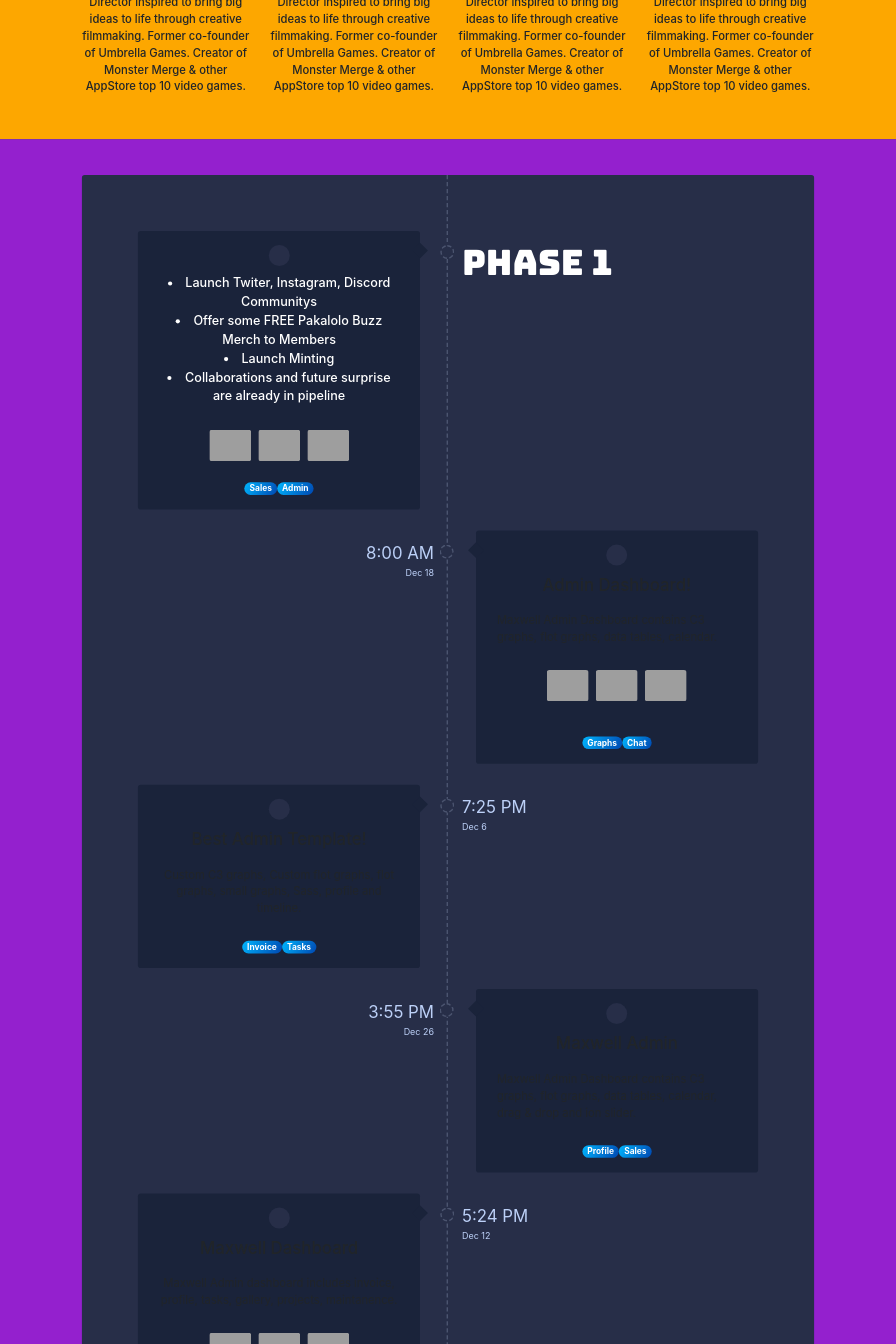
Repository: danishmahmoodawan/Pakalolo_buzz
Page: /
An editor plug-in stored every save of this project. The page is shown before and after the next save, followed by the edit.
The browser window is 1280 px wide. The pictures show the part of the page from y = 2670 to 4590 px (the page is 6761 px tall), at 70% of full size.
Pictures or frames that could not be fetched are drawn as grey boxes. The project was rebuilt for these pictures with package versions that can differ from the ones it lists, and the page was loaded fresh each time. Also part of the build but not shown: craco.config.js.

Above is the page before, as saved 2022-04-29 02:17:25.

After the next save:
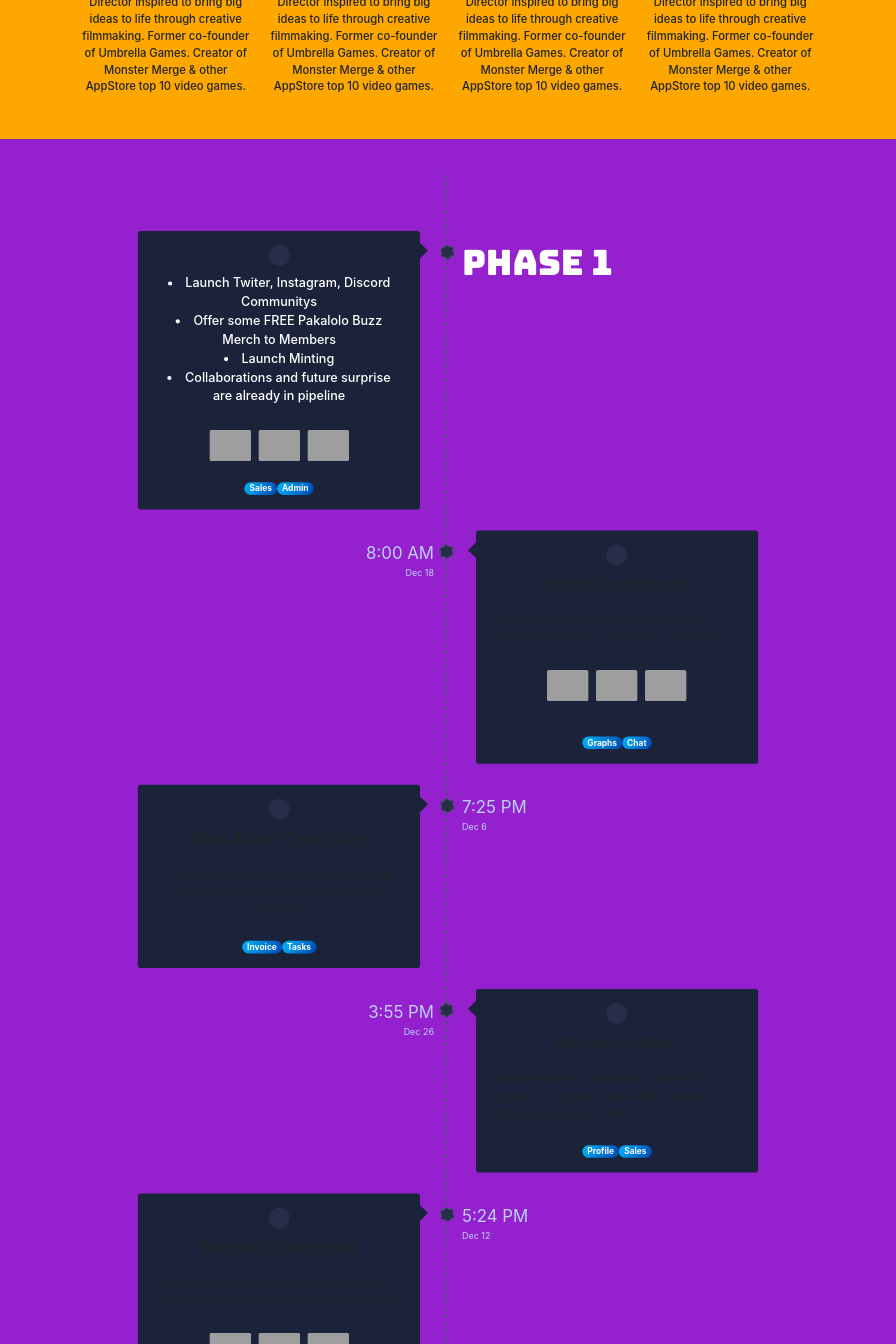
Saved 18 s later.
--- a/public/assets/css/style.css
+++ b/public/assets/css/style.css
@@ -151,7 +151,7 @@
 }
 .timeline {
     position: relative;
-    background: #272e48;
+    background: #9420ce;
     -webkit-border-radius: 4px;
     -moz-border-radius: 4px;
     border-radius: 4px;
